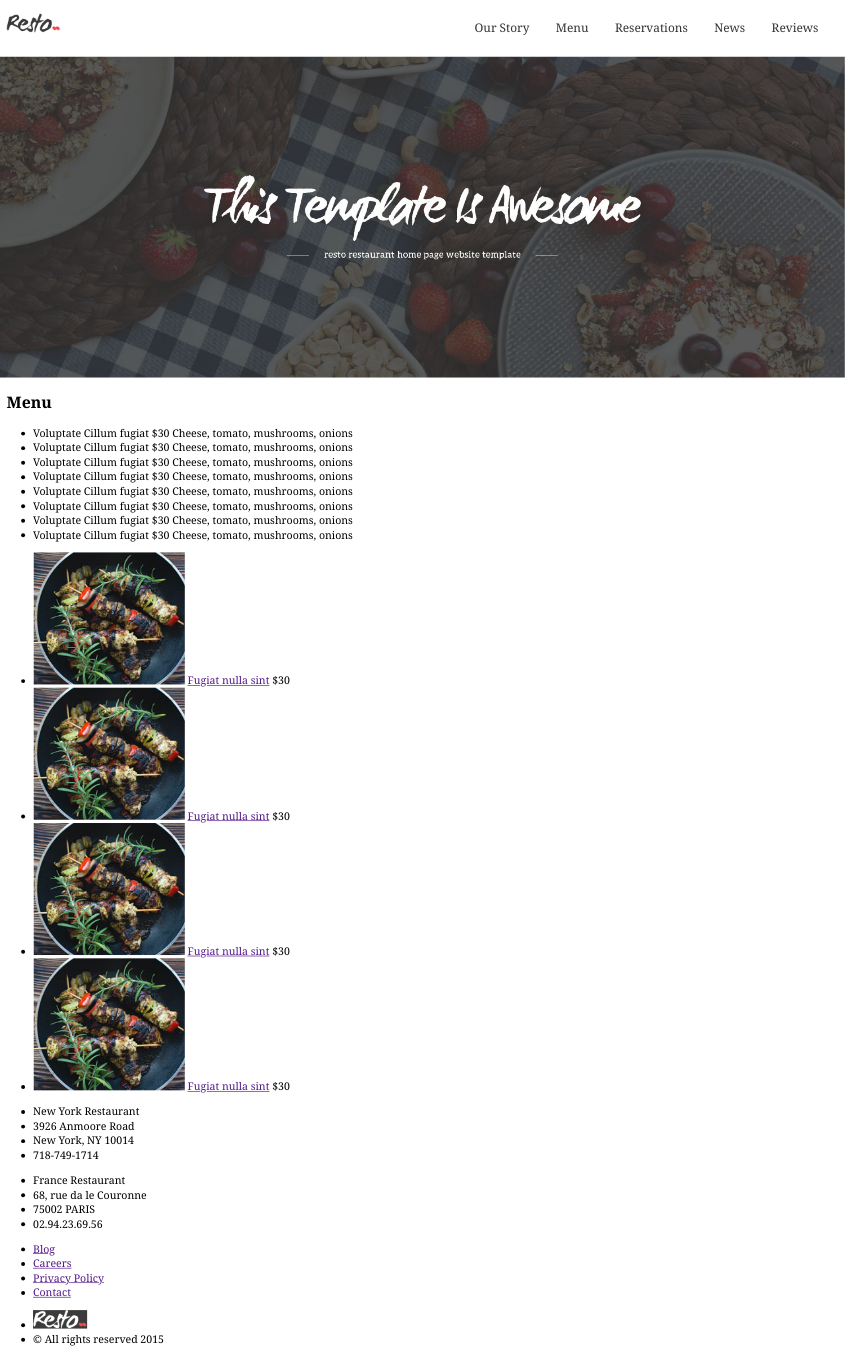
Repository: Piterwk1/psd-to-wordpress
Page: index.html
These files come from the project's save history. The page is drawn as it stood at one moment and after the next save; the edit follows.
The browser window is 1280 px wide. The page is 1300 px wide, then 1280 px, so the pictures cover 1300 px, including what lies to the right of the window. The pictures show the whole page, at 66% of full size.

Above is the page before, as saved 2021-09-23 00:40:13.

### index.html
<html lang="en">

<head>
    <meta charset="UTF-8">
    <meta http-equiv="X-UA-Compatible" content="IE=edge">
    <meta name="viewport" content="width=device-width, initial-scale=1.0">
    <title>Resto</title>
    <link rel="stylesheet" href="style.css">
</head>

<body>

    <header>
        <div class="wrapper" id="headerWrapper">
            <h1 class="logo">Rest</h1>
            <nav>
                <h2>Main Navigation</h2>
                <ul>
                    <li><a href="">Our Story</a></li>
                    <li><a href="">Menu</a></li>
                    <li><a href="">Reservations</a></li>
                    <li><a href="">News</a></li>
                    <li><a href="">Reviews</a></li>
                </ul>
            </nav>
        </div>
    </header>

    <!-- start homepage content -->

    <div id="main-banner">
        <img src="images/banner.jpg" alt="Welcome to Resto">
    </div>

    <div class="wrapper">
        <section id="home-menu">
            <h2>Menu</h2>
            <ul>
                <li>
                    <span class="dish">Voluptate Cillum fugiat</span>
                    <span class="price">$30</span>
                    <span class="description">Cheese, tomato, mushrooms, onions</span>
                </li>
                <li>
                    <span class="dish">Voluptate Cillum fugiat</span>
                    <span class="price">$30</span>
                    <span class="description">Cheese, tomato, mushrooms, onions</span>
                </li>
                <li>
                    <span class="dish">Voluptate Cillum fugiat</span>
                    <span class="price">$30</span>
                    <span class="description">Cheese, tomato, mushrooms, onions</span>
                </li>
                <li>
                    <span class="dish">Voluptate Cillum fugiat</span>
                    <span class="price">$30</span>
                    <span class="description">Cheese, tomato, mushrooms, onions</span>
                </li>
                <li>
                    <span class="dish">Voluptate Cillum fugiat</span>
                    <span class="price">$30</span>
                    <span class="description">Cheese, tomato, mushrooms, onions</span>
                </li>
                <li>
                    <span class="dish">Voluptate Cillum fugiat</span>
                    <span class="price">$30</span>
                    <span class="description">Cheese, tomato, mushrooms, onions</span>
                </li>
                <li>
                    <span class="dish">Voluptate Cillum fugiat</span>
                    <span class="price">$30</span>
                    <span class="description">Cheese, tomato, mushrooms, onions</span>
                </li>
                <li>
                    <span class="dish">Voluptate Cillum fugiat</span>
                    <span class="price">$30</span>
                    <span class="description">Cheese, tomato, mushrooms, onions</span>
                </li>
            </ul>
        </section>

        <section id="featured">
            <ul>
                <li>
                    <img src="images/thumb-1.jpg">
                    <a href="">Fugiat nulla sint</a>
                    <span>$30</span>
                    <span class="rating"></span>
                </li>
                <li>
                    <img src="images/thumb-1.jpg">
                    <a href="">Fugiat nulla sint</a>
                    <span>$30</span>
                    <span class="rating"></span>
                </li>
                <li>
                    <img src="images/thumb-1.jpg">
                    <a href="">Fugiat nulla sint</a>
                    <span>$30</span>
                    <span class="rating"></span>
                </li>
                <li>
                    <img src="images/thumb-1.jpg">
                    <a href="">Fugiat nulla sint</a>
                    <span>$30</span>
                    <span class="rating"></span>
                </li>
            </ul>
        </section>
    </div>

    <!-- end homepage content -->

    <footer>
        <div class="wrapper">
            <ul>
                <li>New York Restaurant</li>
                <li>3926 Anmoore Road</li>
                <li>New York, NY 10014</li>
                <li>718-749-1714</li>
            </ul>
            <ul>
                <li>France Restaurant</li>
                <li>68, rue da le Couronne</li>
                <li>75002 PARIS</li>
                <li>02.94.23.69.56</li>
            </ul>
            <ul>
                <li><a href="">Blog</a></li>
                <li><a href="">Careers</a></li>
                <li><a href="">Privacy Policy</a></li>
                <li><a href="">Contact</a></li>
            </ul>
            <ul>
                <li><img src="images/white-logo.png" alt="logo"></li>
                <li>&copy; All rights reserved 2015</li>

            </ul>
        </div>
    </footer>
</body>

</html>

### style.css
body {
    font-family: Georgia, 'Times New Roman', Times, serif;
    margin: 0;
}

.wrapper {
    width: 100%;
    max-width: 9600px;
    /* max-width: 1180px; */
    padding: 0 10px;
    margin:  0 auto;
}

h1.logo {
    background-image: url(images/logo.png);
    background-repeat: no-repeat;
    width: 100px;
    text-indent: -10000px;
}

#headerWrapper {
    display: flex;
    justify-content: space-between;
    width: 100%;
}

nav {

  margin-right: 10px;

}

#headerWrapper nav h2 {
    text-indent: -100000px;
    height: 0;
    margin: 0;
}

#headerWrapper nav ul {
   display: flex;
   justify-content: space-evenly;
   list-style-type:  none;
   margin: 10px 20px;
}
#headerWrapper nav li {

   margin: 20px 20px;
}
#headerWrapper nav li a{
   text-decoration: none;
   color: #333;
   font-size: 18px;
}
#headerWrapper nav li a:hover{
   color: blue;
}

#main-banner, #main-banner img{
    width: 100%;
}

After the next save:
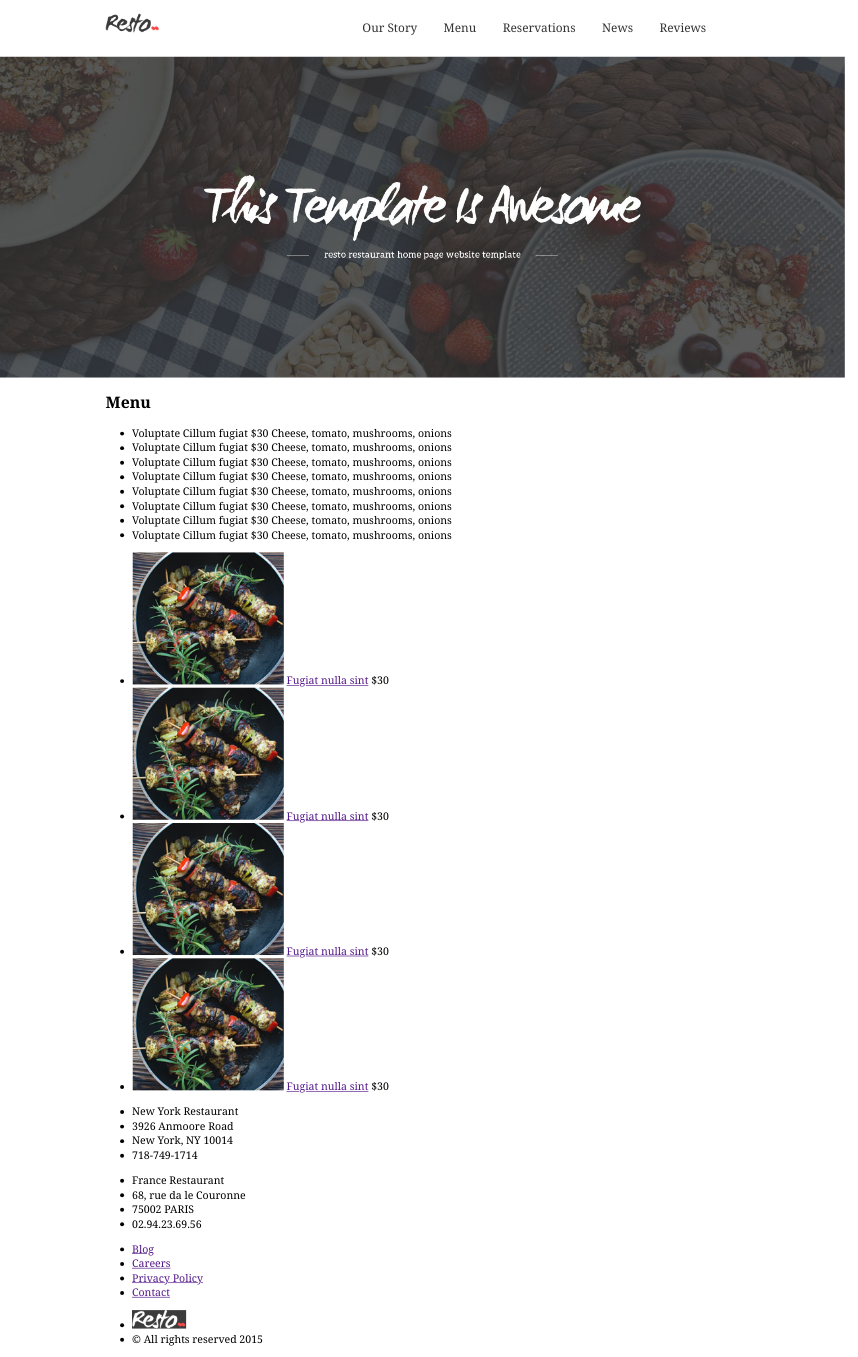
Saved 51 s later.
--- a/style.css
+++ b/style.css
@@ -5,7 +5,7 @@ body {
 
 .wrapper {
     width: 100%;
-    max-width: 9600px;
+    max-width: 960px;
     /* max-width: 1180px; */
     padding: 0 10px;
     margin:  0 auto;
